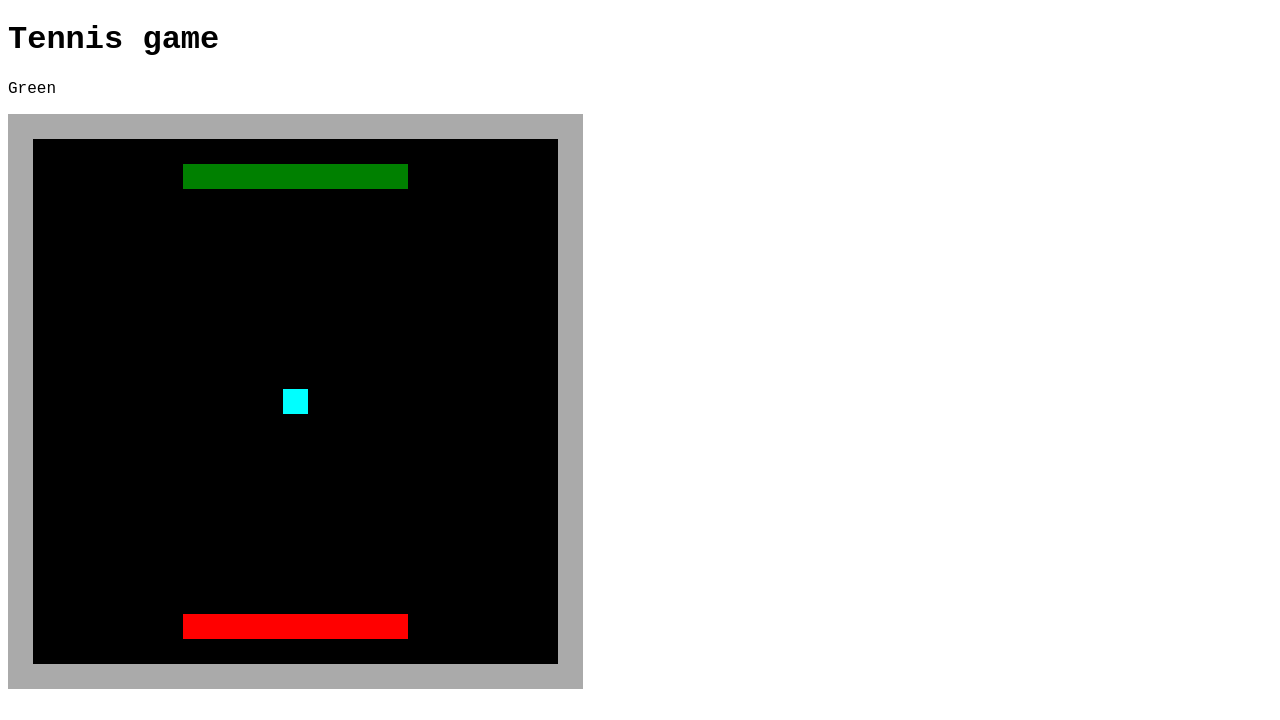
Repository: abdelrahman-ahmed-nassar/javascript-games
Page: my_ping-pong/index.html
An editor plug-in stored every save of this project. The page is shown before and after the next save, followed by the edit.
The browser window is 1280 px wide. The pictures show the whole page.

Above is the page before, as saved 2024-07-27 15:55:50.

### my_ping-pong/index.html
<!DOCTYPE html>
<html lang="en">
<head>
  <meta charset="UTF-8">
  <meta name="viewport" content="width=device-width, initial-scale=1.0">
  <link rel="stylesheet" href="style.css">
  <script defer src="script.js"></script>
  <title>Tennis 🎾</title>
</head>
<body>
  <h1>Tennis game</h1>
  <p id="player-1">Green <span id="player--1__score"></span></p>
  <p id="player-2"></p>
  <canvas id="canvas"></canvas>
</body>
</html>

### my_ping-pong/style.css
body {
  font-family: 'Courier New', Courier, monospace;
}

### my_ping-pong/script.js
//board
let blockSize = 25,
  rows = 23,
  cols = 23,
  c,
  ctx,
  gameOver = false,
  activePlayer = 0,
  rocket0 = [11, 20],
  rocket1 = [11, 2],
  ball = [11, 11];
  // accept odd numbers
  rocketWidth = 9;

window.onload = function () {
  c = document.getElementById("canvas");
  c.height = rows * blockSize;
  c.width = cols * blockSize;
  ctx = c.getContext("2d"); //used for drawing on the board

  document.addEventListener("keyup", changeDirection);
  // update();
  setInterval(update, 1000 / 100); //100 milliseconds
};

function update() {
  if (gameOver) {
    return;
  }
  // screen
  ctx.fillStyle = "#aaa";
  ctx.fillRect(0, 0, c.width, c.height);
  ctx.fillStyle = "black";
  ctx.fillRect(
    1 * blockSize,
    1 * blockSize,
    c.width - 2 * blockSize,
    c.height - 2 * blockSize
  );

  // rocket1
  ctx.fillStyle = "red";
  ctx.fillRect(
    rocket0[0] * blockSize - ((rocketWidth - 1) / 2) * blockSize,
    rocket0[1] * blockSize,
    blockSize * rocketWidth,
    blockSize
  );

  // rocket2
    ctx.fillStyle = "green";
  ctx.fillRect(
    rocket1[0] * blockSize - ((rocketWidth -1)/ 2) * blockSize,
    rocket1[1] * blockSize,
    blockSize * rocketWidth,
    blockSize
  );

  // ball
    ctx.fillStyle = "cyan";
    ctx.fillRect(
      ball[0] * blockSize ,
      ball[1] * blockSize,
      blockSize,
      blockSize
    );

  //game over conditions
}

function changeDirection(e) {
  // check key
  if (e.code == "ArrowRight") {
    // check edges
    if (rocket0[0] >= cols - 2 - (rocketWidth - 1) / 2) return;

    // check active player
    if (activePlayer === 0) {
      rocket0[0] += 1;
    } else if (activePlayer === 1) {
      rocket1[0] += 1;
    }
  } else if (e.code == "ArrowLeft") {
    if (rocket0[0] <= 1 + (rocketWidth - 1) / 2) return;

    if (activePlayer === 0) {
      rocket0[0] -= 1;
    } else if (activePlayer === 1) {
      rocket1[0] -= 1;
    }
  }
}

function randomIntFromInterval(min, max) {
  // min and max included
  return Math.floor(Math.random() * (max - min + 1) + min);
}

After the next save:
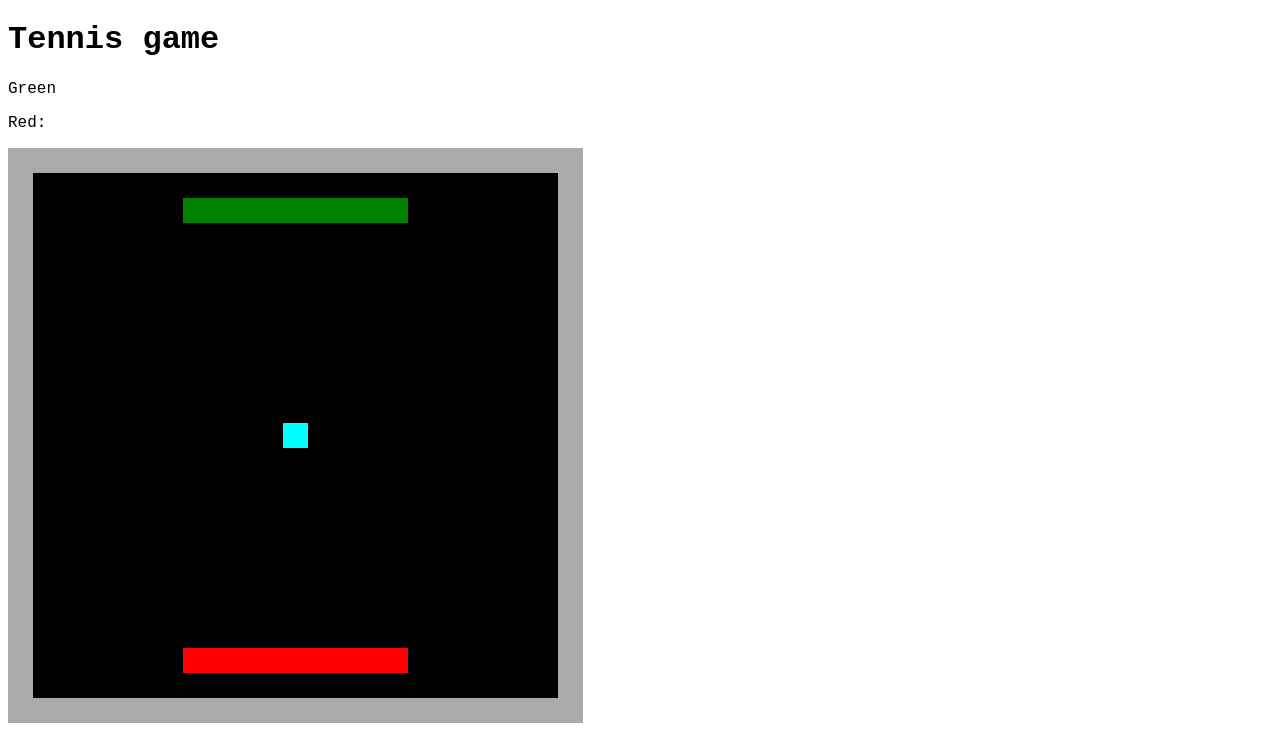
Saved 8 s later.
--- a/my_ping-pong/index.html
+++ b/my_ping-pong/index.html
@@ -10,7 +10,7 @@
 <body>
   <h1>Tennis game</h1>
   <p id="player-1">Green <span id="player--1__score"></span></p>
-  <p id="player-2"></p>
+  <p id="player-2">Red: <span></span></p>
   <canvas id="canvas"></canvas>
 </body>
 </html>
